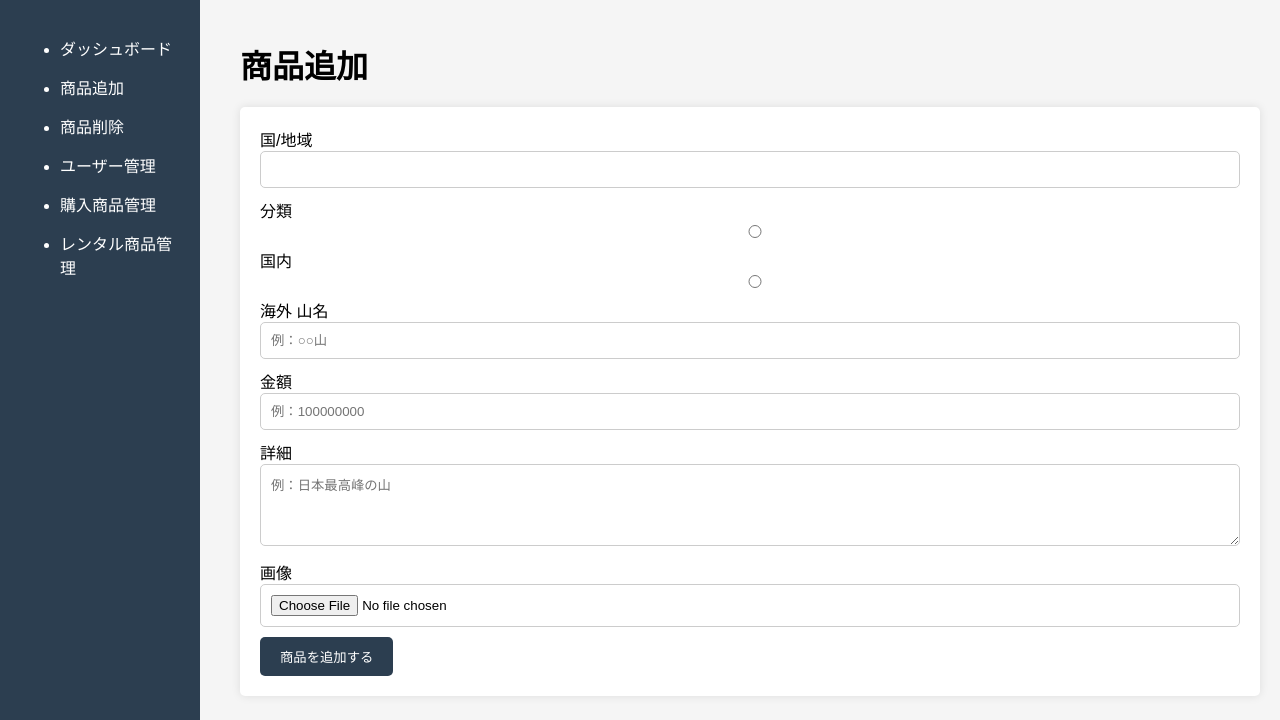
Repository: magome112/Oasis2024920
Page: http://localhost/_12_kanri.shohin.php
These files come from the project's save history. The page is drawn as it stood at one moment and after the next save; the edit follows.
The browser window is 1280 px wide. The pictures show the whole page.
The page is run by PHP 8.4 with error messages shown; the project is at /var/www/html/.

Above is the page before, as saved 2024-12-06 11:46:12.

### _12_kanri.shohin.php
<?php
// データベース接続設定
$host = 'mysql306.phy.lolipop.lan';
$dbname = 'LAA1602729-oasis';
$user = 'LAA1602729';
$password = 'oasis5';

try {
    $pdo = new PDO("mysql:host=$host;dbname=$dbname;charset=utf8", $user, $password);
    $pdo->setAttribute(PDO::ATTR_ERRMODE, PDO::ERRMODE_EXCEPTION);
} catch (PDOException $e) {
    echo "データベース接続エラー: " . $e->getMessage();
    exit;
}

// フォーム送信処理
if ($_SERVER['REQUEST_METHOD'] === 'POST') {
    $yama_name = $_POST['yama_name'] ?? "";
    $country_name = $_POST['country_name'] ?? '';
    $Region = $_POST['Region'] ?? '';
    $price = $_POST['price'] ?? '';
    $yama_img = '';
    $yama_info = $_POST['yama_info'] ?? '';

    // 画像のアップロード処理
    if (isset($_FILES['image']) && $_FILES['image']['error'] === UPLOAD_ERR_OK) {
        $upload_dir = 'uploads/';
        $image_path = $upload_dir . basename($_FILES['image']['name']);
        if (!move_uploaded_file($_FILES['image']['tmp_name'], $image_path)) {
            echo "画像アップロードに失敗しました。";
            exit;
        }
    }

    // データベースに挿入
    $stmt = $pdo->prepare("INSERT INTO Oasis_yama (yama_name, country_name, Region, price, yama_img, yama_info) VALUES (:yama_name, :country_name, :Region, :price, :yama_img, :yama_info)");
    $stmt->bindParam(':yama_name', $yama_name);
    $stmt->bindParam(':country_name', $country_name);
    $stmt->bindParam(':Region', $Region);
    $stmt->bindParam(':price', $price);
    $stmt->bindParam(':yama_img', $yama_img);
    $stmt->bindParam(':yama_info', $yama_info);
    $stmt->execute();

    echo "商品が追加されました！";
}
?>

<!DOCTYPE html>
<html lang="ja">
<head>
    <meta charset="UTF-8">
    <meta name="viewport" content="width=device-width, initial-scale=1.0">
    <title>商品追加</title>
    <style>
        body {
            font-family: Arial, sans-serif;
            margin: 0;
            padding: 0;
            background-color: #f5f5f5;
        }
        .sidebar {
            width: 200px;
            background-color: #2c3e50;
            color: #fff;
            height: 100vh;
            position: fixed;
            top: 0;
            left: 0;
            padding: 20px;
            box-sizing: border-box;
        }
        .sidebar h3 {
            margin-bottom: 30px;
        }
        .sidebar a {
            color: #fff;
            text-decoration: none;
            display: block;
            margin-bottom: 15px;
        }
        .main-content {
            margin-left: 220px;
            padding: 20px;
        }
        h1 {
            margin-bottom: 20px;
        }
        form {
            background-color: #fff;
            padding: 20px;
            border-radius: 5px;
            box-shadow: 0 0 10px rgba(0, 0, 0, 0.1);
        }
        input, select, textarea {
            width: 100%;
            padding: 10px;
            margin-bottom: 10px;
            border: 1px solid #ccc;
            border-radius: 5px;
            box-sizing: border-box;
        }
        button {
            background-color: #2c3e50;
            color: #fff;
            border: none;
            padding: 10px 20px;
            cursor: pointer;
            border-radius: 5px;
        }
        button:hover {
            background-color: #34495e;
        }
    </style>
</head>
<body>
<div class="sidebar">
    <ul>
        <li><a>ダッシュボード</a></li>
        <li><a href="_12_kanri.shohin.php">商品追加</a></li>
        <li><a href="_13_kanri.shohindel.php">商品削除</a></li>
        <li><a href="_14_kanri.user.php">ユーザー管理</a></li>
        <li><a href="_15_kanri.add.shohin.php">購入商品管理</a></li>
        <li><a href="_16_kanri.add.rental.php">レンタル商品管理</a></li>
    </ul>
</div>

    <div class="main-content">
        <h1>商品追加</h1>
        <form method="POST" enctype="multipart/form-data">
            <label for="country_name">国/地域</label>
            <input type="text" name="country_name" id="country_name" required>

            <label for="region">分類</label>
            <input type="radio" name="region" value="0" required>国内
            <input type="radio" name="region" value="1">海外

            <label for="yama_name">山名</label>
            <input type="text" name="yama_name" id="yama_name" placeholder="例：○○山" required>

            <label for="price">金額</label>
            <input type="number" name="price" id="price" placeholder="例：100000000" required>

            <label for="yama_info">詳細</label>
            <textarea name="yama_info" id="yama_info" placeholder="例：日本最高峰の山" rows="4" required></textarea>

            <label for="yama_img">画像</label>
            <input type="file" name="yama_img" id="yama_img" accept="image/*" required>

            <button type="submit">商品を追加する</button>
        </form>
    </div>
</body>
</html>

After the next save:
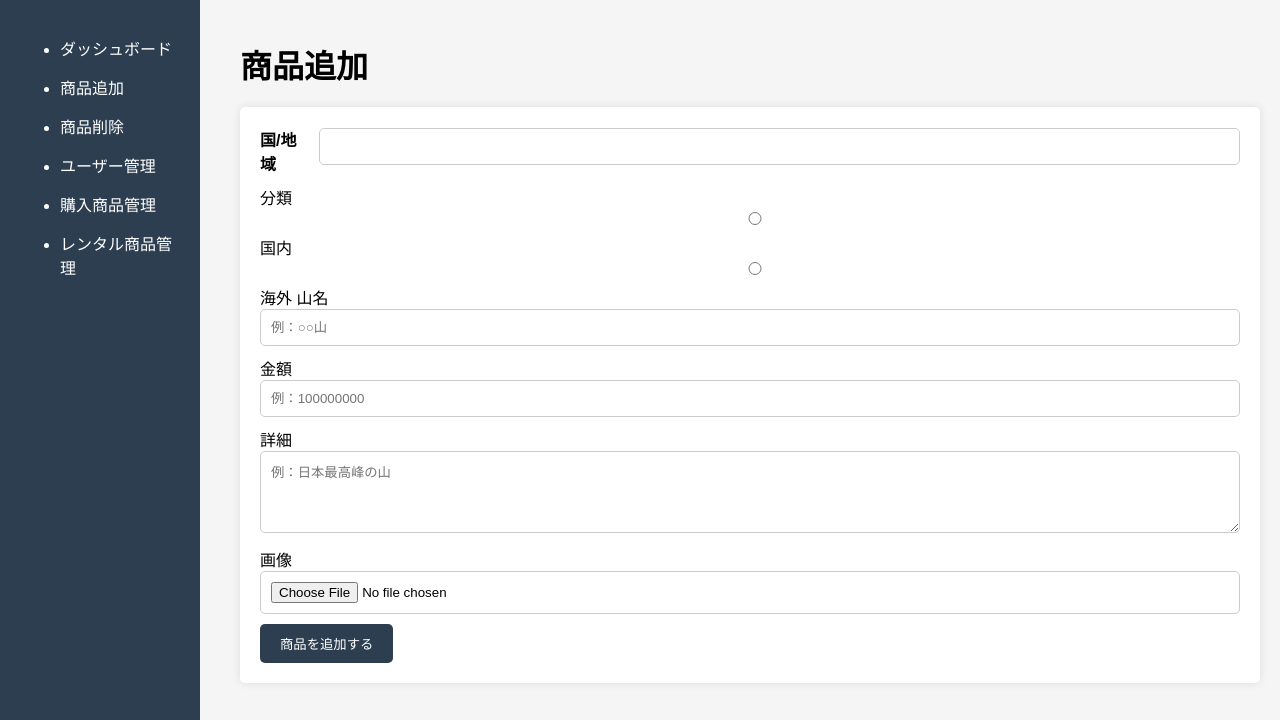
Saved 4 min 38 s later.
--- a/_12_kanri.shohin.php
+++ b/_12_kanri.shohin.php
@@ -92,13 +92,27 @@ if ($_SERVER['REQUEST_METHOD'] === 'POST') {
             border-radius: 5px;
             box-shadow: 0 0 10px rgba(0, 0, 0, 0.1);
         }
-        input, select, textarea {
+        input, textarea {
             width: 100%;
             padding: 10px;
             margin-bottom: 10px;
             border: 1px solid #ccc;
             border-radius: 5px;
             box-sizing: border-box;
+        }
+        /* ラジオボタン用のスタイル */
+        .radio-group {
+            display: flex;
+            align-items: center;
+            margin-bottom: 10px;
+        }
+        .radio-group label {
+            margin-right: 10px; /* 「分類」ラベルの余白 */
+            font-weight: bold; /* 見やすくするために太字 */
+        }
+        .radio-group input[type="radio"] {
+            margin-left: 10px; /* ボタンとテキストの間のスペース */
+            margin-right: 5px; /* 国内/海外テキストとボタン間のスペース */
         }
         button {
             background-color: #2c3e50;
@@ -128,8 +142,10 @@ if ($_SERVER['REQUEST_METHOD'] === 'POST') {
     <div class="main-content">
         <h1>商品追加</h1>
         <form method="POST" enctype="multipart/form-data">
-            <label for="country_name">国/地域</label>
-            <input type="text" name="country_name" id="country_name" required>
+            <div class="radio-group">
+                <label for="country_name">国/地域</label>
+                <input type="text" name="country_name" id="country_name" required>
+            </div>
 
             <label for="region">分類</label>
             <input type="radio" name="region" value="0" required>国内
